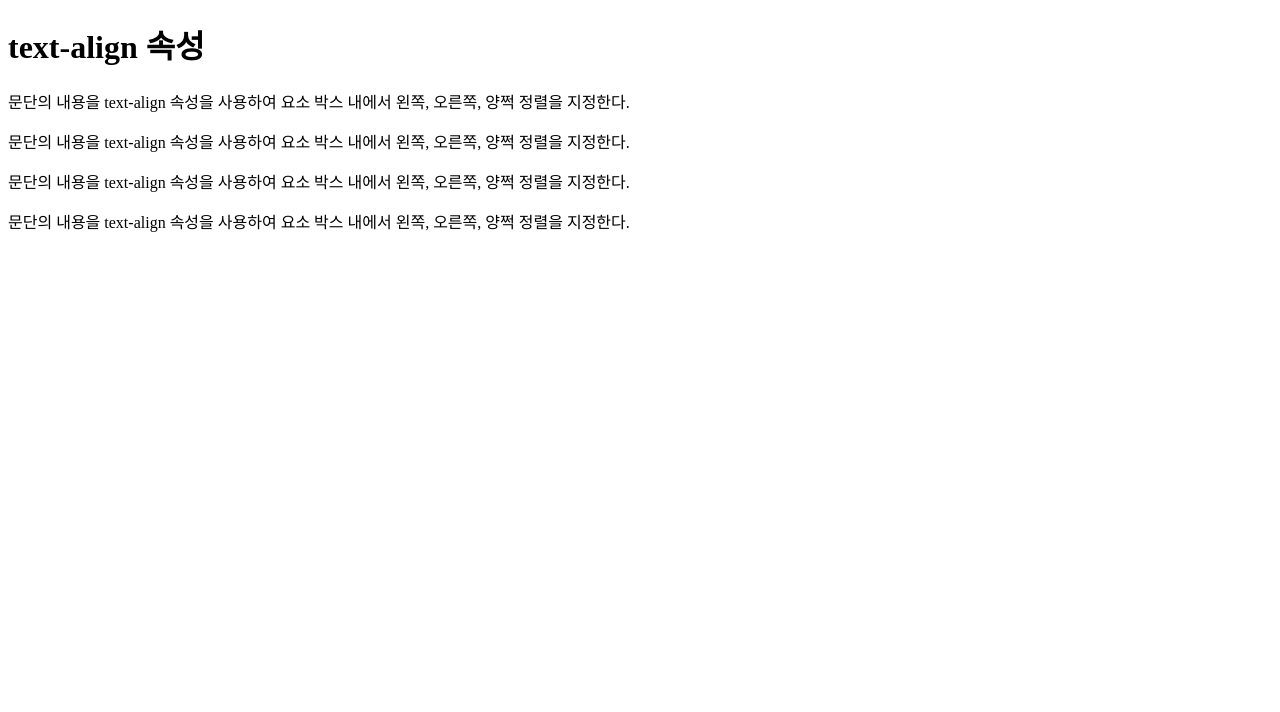
Repository: cussip/SuperHands
Page: WebExam/src/main/webapp/css/fonts/text/text-align.html
An editor plug-in stored every save of this project. The page is shown before and after the next save, followed by the edit.
The browser window is 1280 px wide. The pictures show the whole page.

Above is the page before, as saved 2022-01-31 02:39:26.

After the next save:
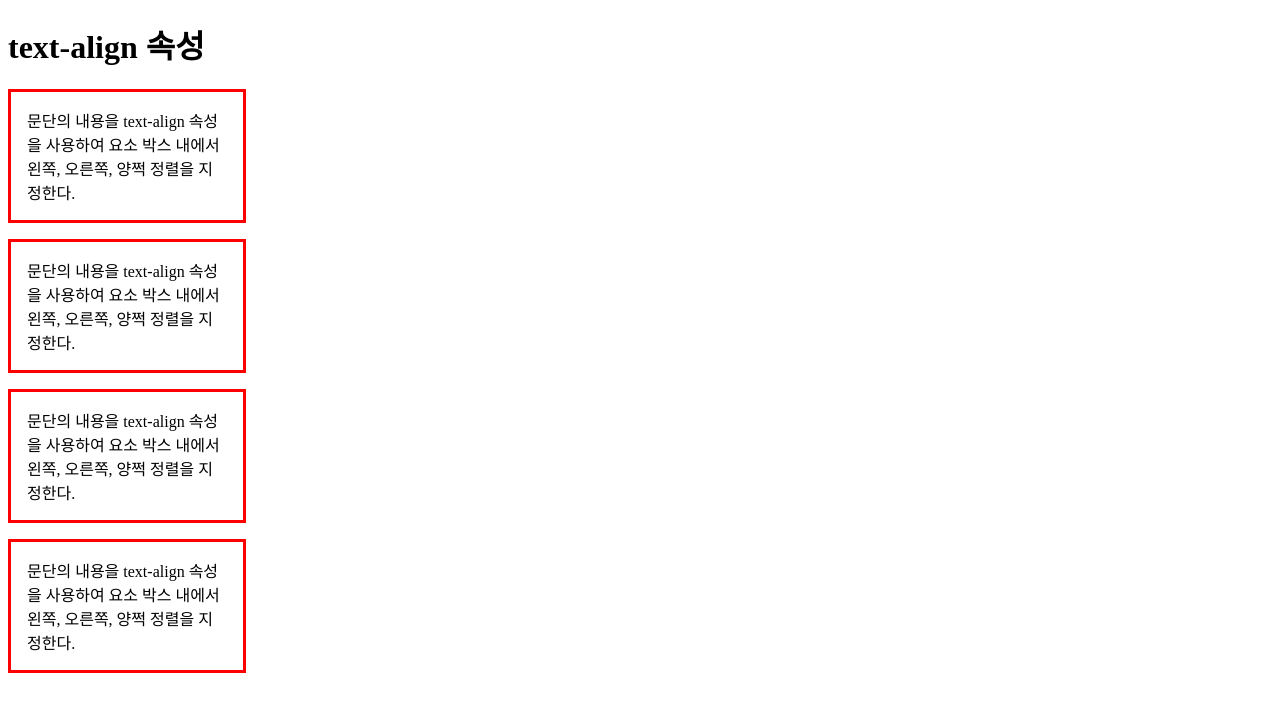
Saved 50 s later.
--- a/WebExam/src/main/webapp/css/fonts/text/text-align.html
+++ b/WebExam/src/main/webapp/css/fonts/text/text-align.html
@@ -3,6 +3,13 @@
 <head>
 	<meta charset="UTF-8">
 	<title>text-align.html</title>
+	<style>
+		p {
+			padding: 	1em;
+			border: 	3px solid #FF0000;
+			width:		200px;
+		}
+	</style>
 </head>
 <body>
 	<!-- text-align: 단란 내 텍스트의 가로 방향 정렬 방법을 지정한다. -->
